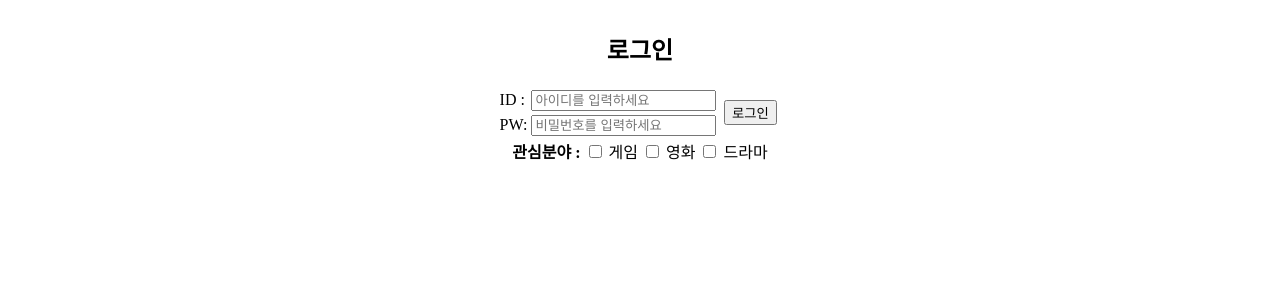
Repository: umhayun/myJSP
Page: HTML/src/main/webapp/login.html
These files come from the project's save history. The page is drawn as it stood at one moment and after the next save; the edit follows.
The browser window is 1280 px wide. The pictures show the whole page.

Above is the page before, as saved 2022-01-18 01:58:44.

### HTML/src/main/webapp/login.html
<!DOCTYPE html>
<html>
<head>
<meta charset="UTF-8">
<title>Insert title here</title>
</head>
<body>
<!--form태그는 데이터를 전송하기 위해서 사용 -->
<form action="">
<table align=center >
	<tr>
		<td colspan=3 align=center><h2>로그인</h2></td>
	</tr>
	<tr>
		<td width="20">ID : </td>
		<td width="50"><input type="text" placeholder="아이디를 입력하세요"></td>
		<td width="60"rowspan=2 align=center><input type=submit value="로그인"></td>
	</tr>
	<tr>
		<td width="20">PW: </td>
		<td width="50"><input type="password" placeholder="비밀번호를 입력하세요"></td>
	</tr>

</table>
</form>

<form align=center>
<!-- 관심분야 체크박스 -->
<strong>관심분야 : </strong>
<input type="checkbox" name="intro"> 게임
<input type="checkbox" name="intro"> 영화
<input type="checkbox" name="intro"> 드라마
</form>

</body>
</html>

After the next save:
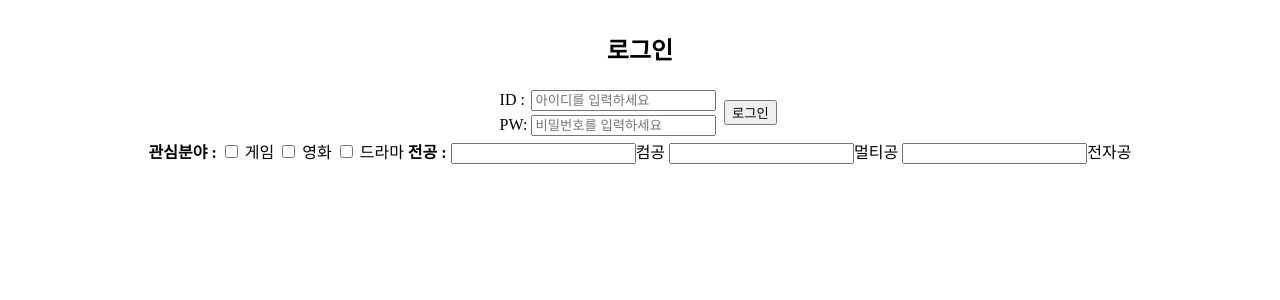
Saved 3 min 49 s later.
--- a/HTML/src/main/webapp/login.html
+++ b/HTML/src/main/webapp/login.html
@@ -30,6 +30,11 @@
 <input type="checkbox" name="intro"> 게임
 <input type="checkbox" name="intro"> 영화
 <input type="checkbox" name="intro"> 드라마
+<!-- radio 타입 -->
+<strong>전공 : </strong>
+<input type="radios"major">컴공
+<input type="radios"major">멀티공
+<input type="radios"major">전자공
 </form>
 
 </body>
